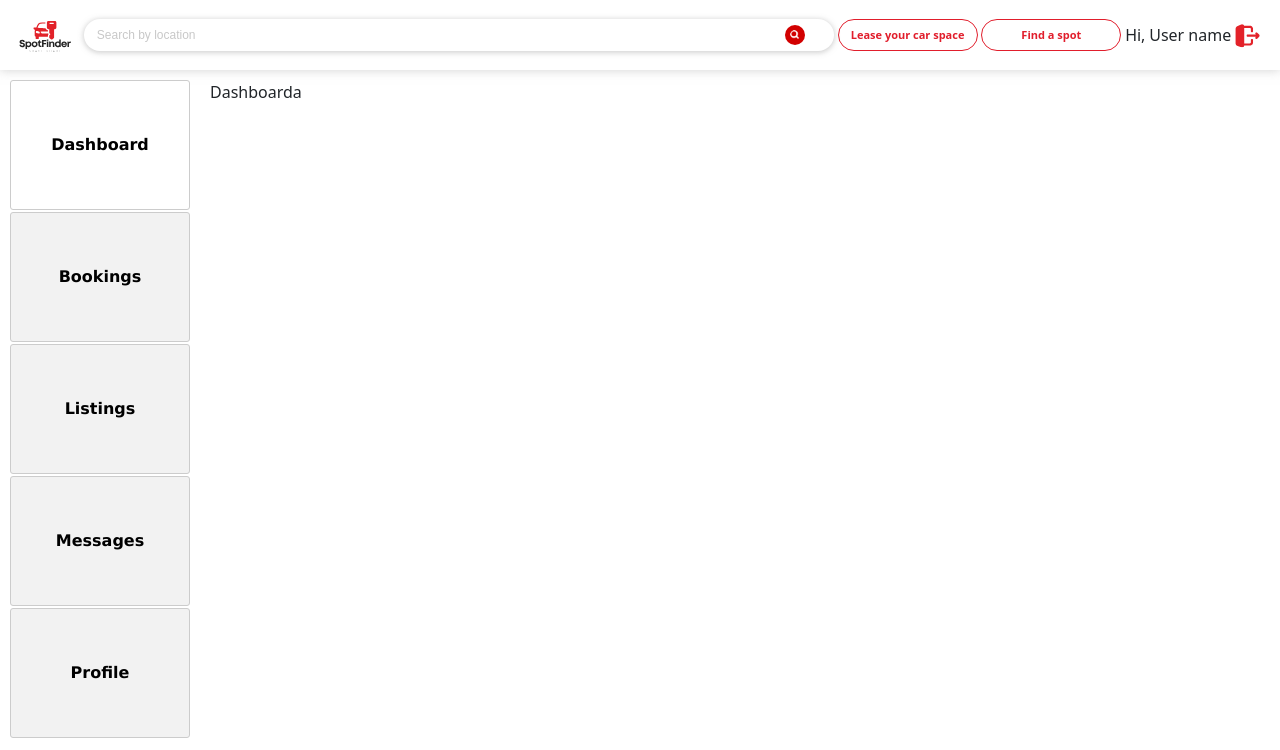
Repository: UNSWSpotFinder/SpotFinder
Page: /dashboard (app in frontend/)
The author's editor kept a copy of each file at every save. The page is drawn from the files as they stood at one save, then again after a run of saves.
The browser window is 1280 px wide. The pictures show the whole page.
The project was rebuilt for these pictures with package versions that can differ from the ones it lists, and the page was loaded fresh each time. Also part of the build but not shown: frontend/src/Login.css, frontend/src/Login.jsx, frontend/src/Regist.css, frontend/src/Regist.jsx, frontend/src/HomePage.jsx, frontend/src/App.css, frontend/src/components/Bookings.jsx, frontend/src/components/Listings.jsx and 2 more.

Above is the page before, as saved 2024-03-09 20:52:35.

After the next 4 saves:
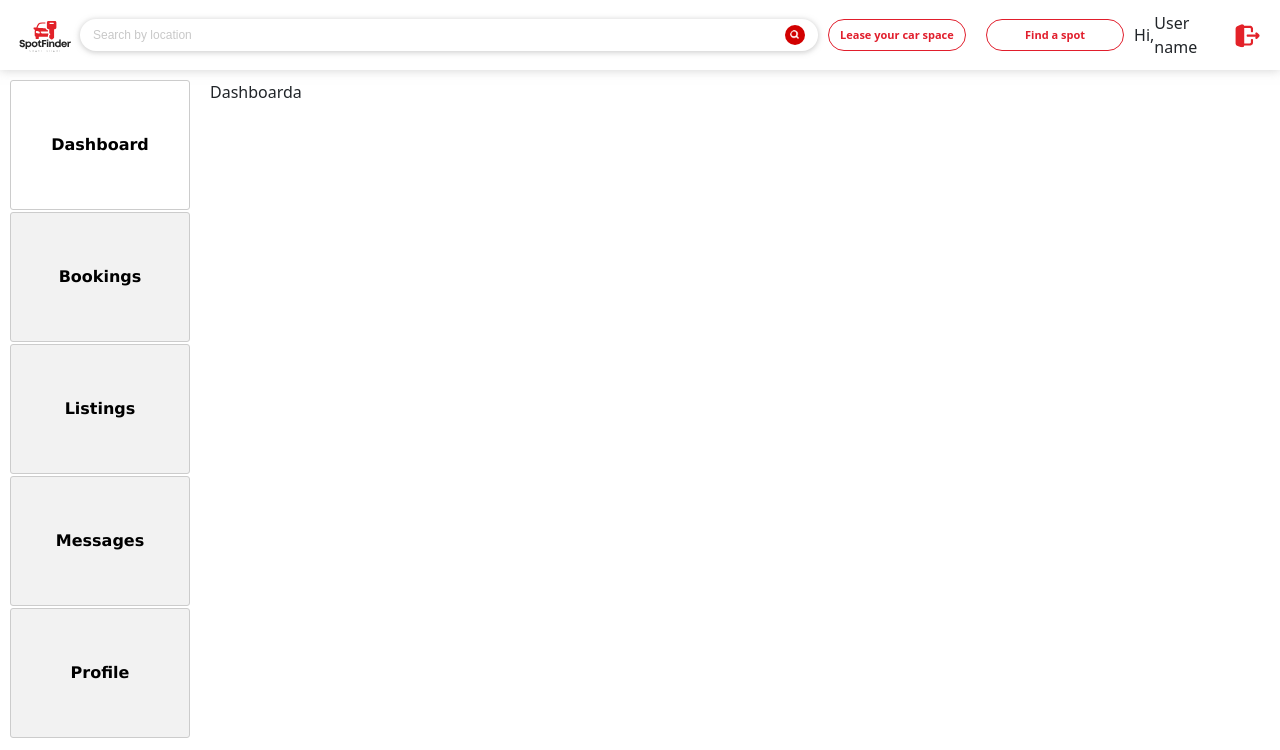
The 4 saves are shown as one change because they came seconds apart.
The last was saved 30 s later.
--- a/frontend/src/components/DashboardTop.css
+++ b/frontend/src/components/DashboardTop.css
@@ -10,6 +10,7 @@
 /* 顶部导航部分 */
 .top-button {
     padding: 7px 10px;
+    margin: 10px;
     border: 1px solid #e11e2c;
     border-radius: 25px;
     width: 140px;

After the save that followed:
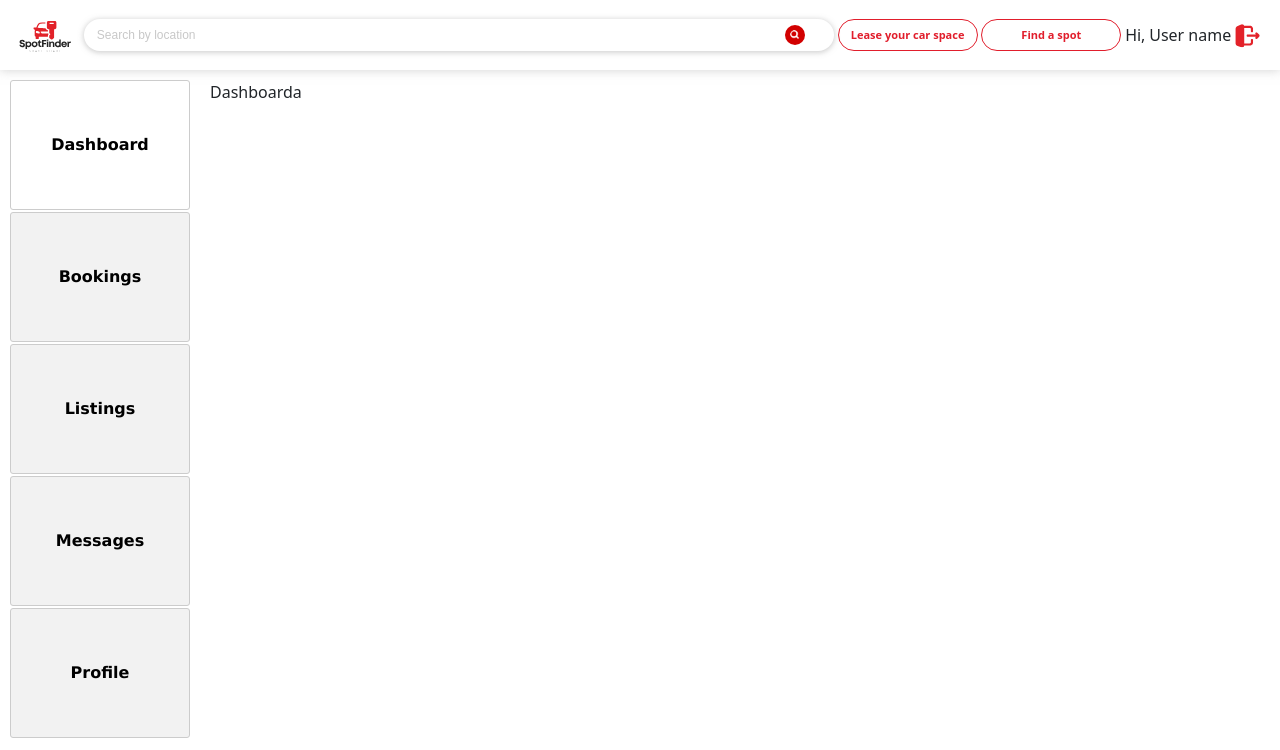
Saved 4 s later.
--- a/frontend/src/components/DashboardTop.css
+++ b/frontend/src/components/DashboardTop.css
@@ -10,7 +10,7 @@
 /* 顶部导航部分 */
 .top-button {
     padding: 7px 10px;
-    margin: 10px;
+    margin: 10px 0;
     border: 1px solid #e11e2c;
     border-radius: 25px;
     width: 140px;
